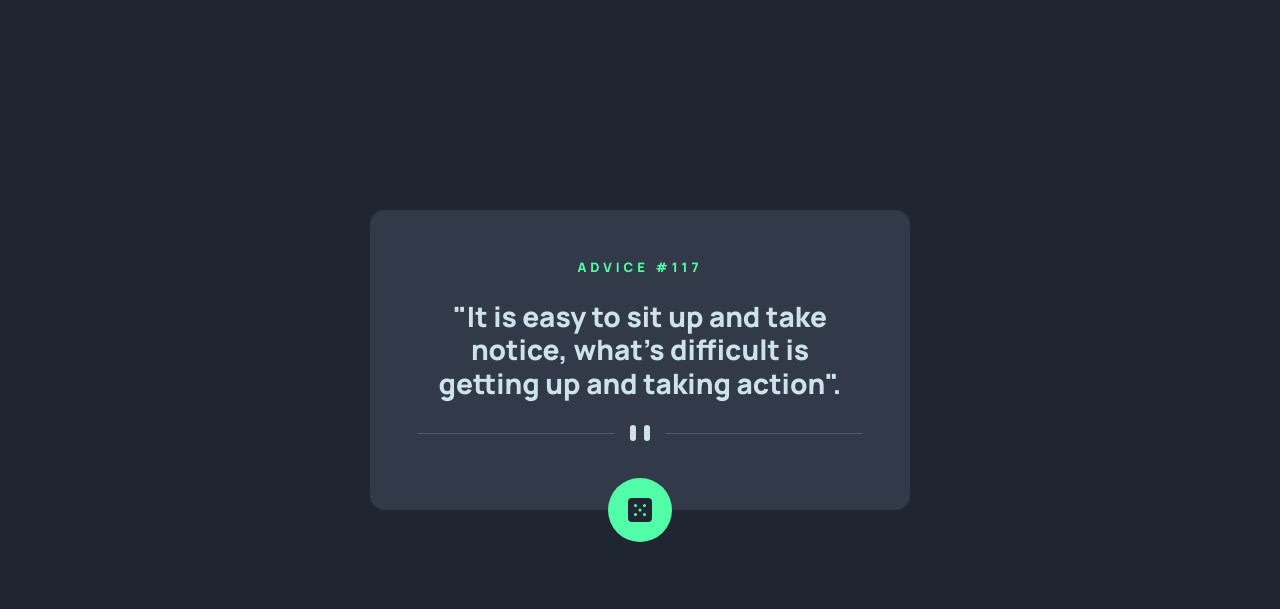
Repository: Daki-builds/advice-generator-app
Page: index.html
These files come from the project's save history. The page is drawn as it stood at one moment and after the next save; the edit follows.
The browser window is 1280 px wide. The pictures show the whole page.

Above is the page before, as saved 2026-10-11 04:39:27.

### index.html
<!DOCTYPE html>
<html lang="en">

<head>
  <meta charset="UTF-8">
  <meta name="viewport" content="width=device-width, initial-scale=1.0">
  <link rel="icon" type="image/png" sizes="32x32" href="./images/favicon-32x32.png">
  <link rel="preconnect" href="https://fonts.googleapis.com">
  <link rel="preconnect" href="https://fonts.gstatic.com" crossorigin>
  <link href="https://fonts.googleapis.com/css2?family=Manrope:wght@800&display=swap" rel="stylesheet">
  <link rel="stylesheet" href="style.css">
  <title>Frontend Mentor | Advice generator app</title>

</head>

<body>
  <main class="container">
    <h1>Advice #<span id="advice-id">117</span></h1>
    <p id="adviceText">"It is easy to sit up and take notice, what's difficult is getting up and taking action".</p>
    <div class="img-divider">
      <img src="./images/pattern-divider-desktop.svg" alt="divider">
    </div>
    <button id="adviceBtn"><img src="./images/icon-dice.svg" alt="dice">
    </button>
  </main>
</body>

</html>

### style.css
* {
  margin: 0;
  padding: 0;
  box-sizing: border-box;
}

:root {
  --blue-200: hsl(193, 38%, 86%);
  --green-300: hsl(150, 100%, 66%);
  --blue-600: hsl(217, 19%, 38%);
  --blue-900: hsl(217, 19%, 24%);
  --blue-950: hsl(218, 23%, 16%);
  --green-300-hover: hsl(150, 100%, 80%);

  --font-family: "Manrope", sans-serif;
  --font-weight: 800;
  --font-size: 28px;
}

body {
  font-family: var(--font-family);
  font-weight: var(--font-weight);
  background-color: var(--blue-950);
  color: var(--blue-200);
  display: flex;
  justify-content: center;
  align-items: center;
  min-height: 100vh;
}

.container {
  position: relative;
  background-color: var(--blue-900);
  display: flex;
  flex-direction: column;
  align-items: center;
  gap: 24px;
  padding: 40px 24px 56px;
  width: 100%;
  max-width: 540px;
  border-radius: 15px;
  text-align: center;
}

h1 {
  font-size: 13px;
  letter-spacing: 4px;
  text-transform: uppercase;
  color: var(--green-300);
}

p {
  font-size: var(--font-size);
  line-height: 1.2;
  color: var(--blue-200);
}

.img-divider img {
  width: 100%;
}

button {
  position: absolute;
  bottom: -32px;
  left: 50%;
  transform: translateX(-50%);
  display: flex;
  justify-content: center;
  align-items: center;
  width: 64px;
  height: 64px;
  border: none;
  border-radius: 50%;
  background-color: var(--green-300);
  cursor: pointer;
  transition: background-color 0.2s;
}

button:hover {
  background-color: var(--green-300-hover);
}

@media (min-width: 768px) {
  .container {
    padding: 48px 48px 64px;
  }
}

After the next save:
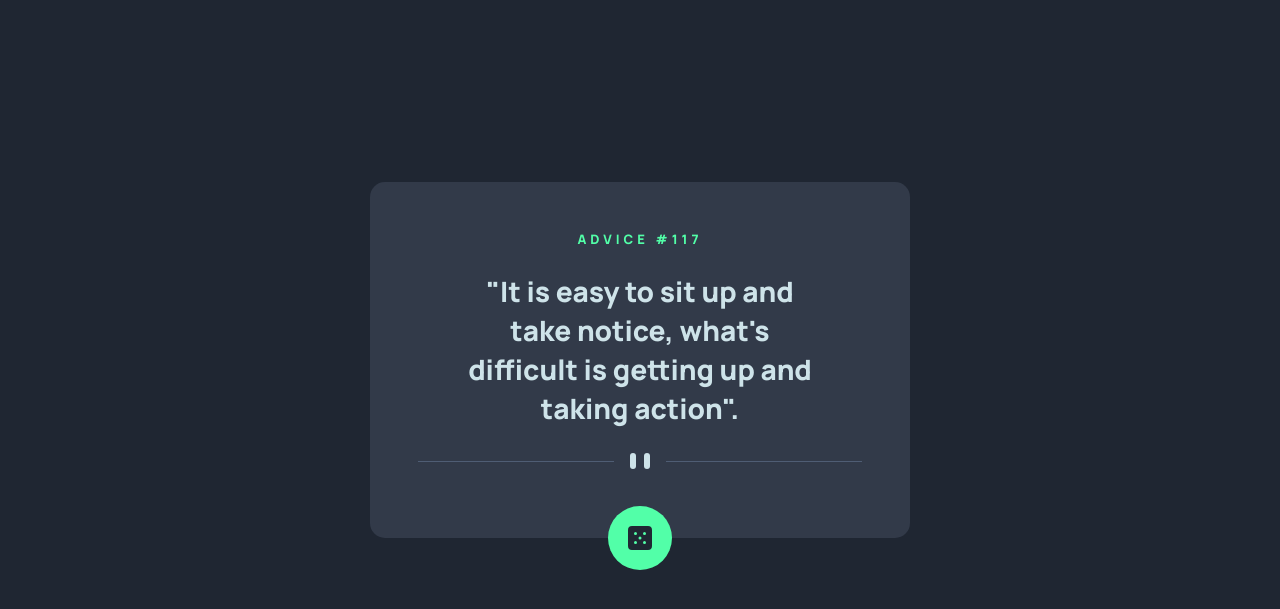
Saved 21 s later.
--- a/style.css
+++ b/style.css
@@ -51,7 +51,8 @@ h1 {
 
 p {
   font-size: var(--font-size);
-  line-height: 1.2;
+  line-height: 1.4;
+  width: 80%;
   color: var(--blue-200);
 }
 
